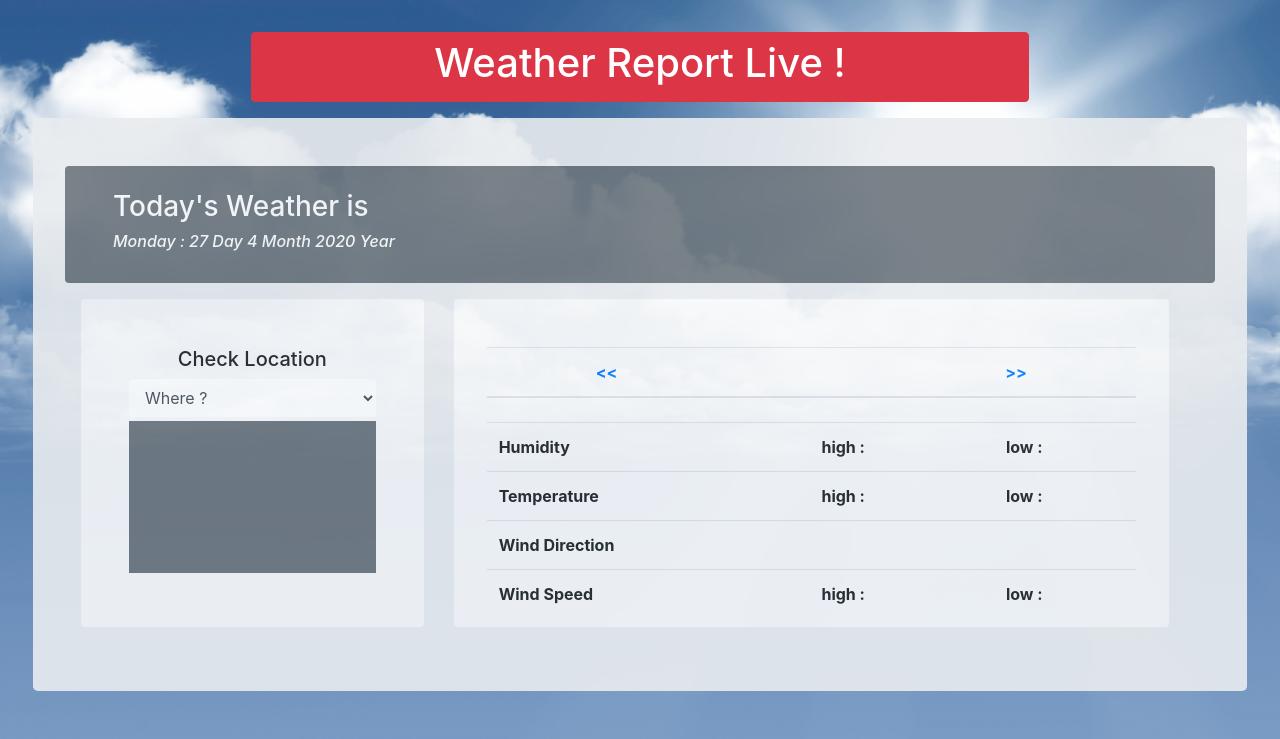
Repository: Code-Institute-Submissions/projectchen88-weatherForecast
Page: index.html
The author's editor kept a record of every edit. The page is drawn from the files as they stood at one moment, then again after the next edit.
The browser window is 1280 px wide. The pictures show the whole page.
The page's requests for data from a server got no answer.

Above is the page before.
Console error (its wording comes from the project's code and is left out).

After the next edit:
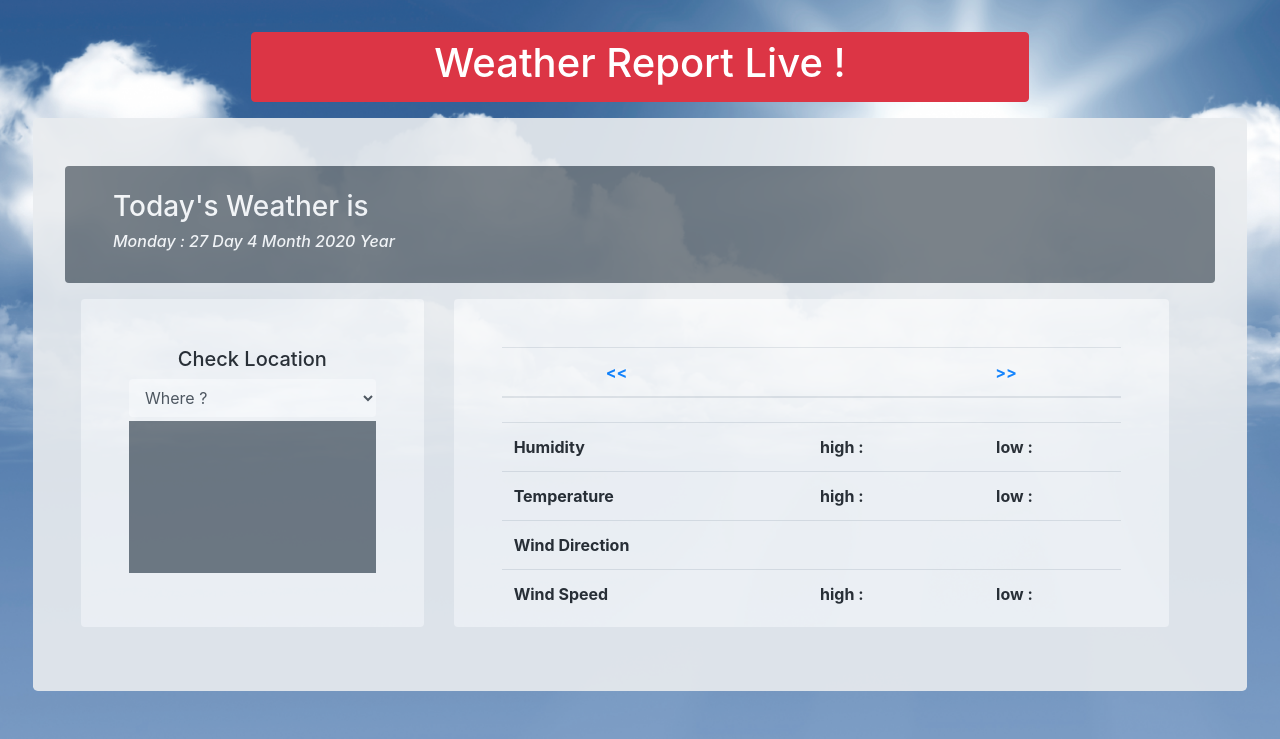
The edit:
--- a/index.html
+++ b/index.html
@@ -54,20 +54,7 @@
                     <div class="box col-md-8 col-12 mx-auto text-center">
                         <div class="box p-5 bg-light rounded">
                             <div class='display-box'>
-                                <div class="row">
-                                    <!--<div class="col-5">-->
-                                        <!--<h5>Forecast for date :</h5>-->
-                                        <!--<div class='d-flex justify-content-center'>-->
-                                        <!--    <div class='d-flex'>-->
-                                        <!--            <div id='next-day' class='text-primary'> << &nbsp</div>-->
-                                        <!--            <h5 id='forecast-title'> </h5>-->
-                                        <!--            <div id='next-day' class='text-primary'> &nbsp >> </div>-->
-                                        <!--    </div>-->
-                                        <!--    <div>-->
-                                        <!--        <p class='p-5 bg-secondary text-light rounded font-weight-bolder' id='forecast'></p>-->
-                                        <!--    </div>-->
-                                        <!--</div>-->
-                                        <!--<div class="col-7">-->
+
                                             <table class='table table-stripe '>
                                                 <thead>
                                                     <tr>
